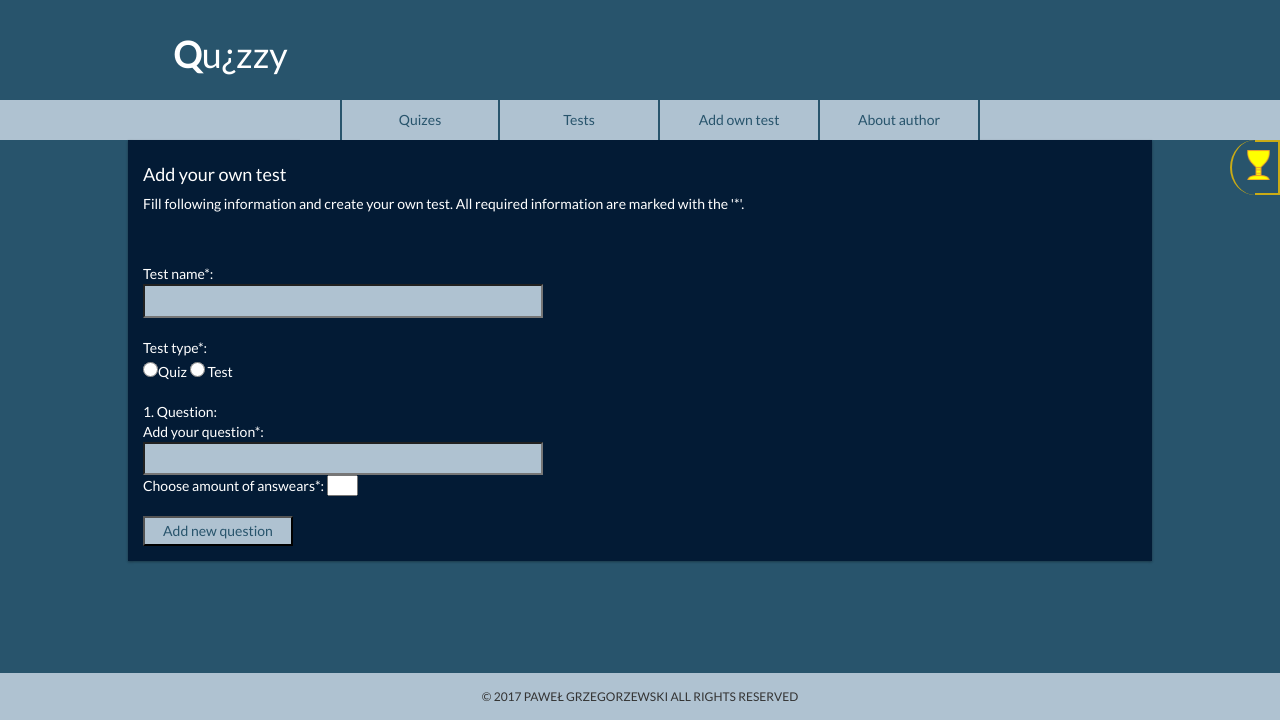
Repository: pgrzegorzewski/quiz
Page: http://localhost/app/add_test.php
These files come from the project's save history. The page is drawn as it stood at one moment and after the next save; the edit follows.
The browser window is 1280 px wide. The pictures show the whole page.
Some web libraries are served in a nearby version. The page is run by PHP 8.4 with error messages shown; the project is at /var/www/html/.

Above is the page before, as saved 2017-09-17 20:00:03.

After the next save:
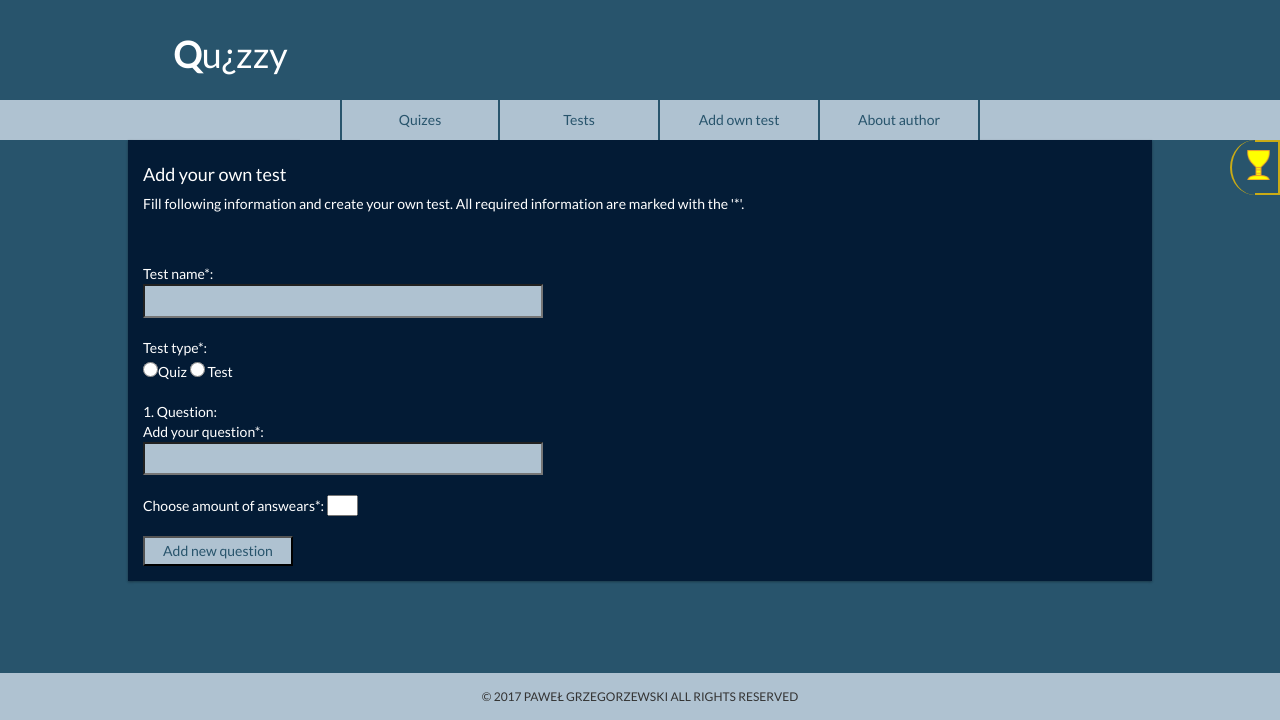
Saved 3 min 56 s later.
--- a/htdocs/app/learningapp/app/add_test.php
+++ b/htdocs/app/learningapp/app/add_test.php
@@ -78,7 +78,7 @@
 						<form class = "newQuestion" id = '1'>
 						1. Question:<br>
 						Add your question*:<br>
-						<input class = "testGeneralInformation" type = "text" name = "question"><br>
+						<input class = "testGeneralInformation" type = "text" name = "question"><br><br>
 						Choose amount of answears*:
 						<select id = "selectAnswears1" name="answears_amount"  onchange="addAnswears(this)">
 							  <option value="2">2</option>
